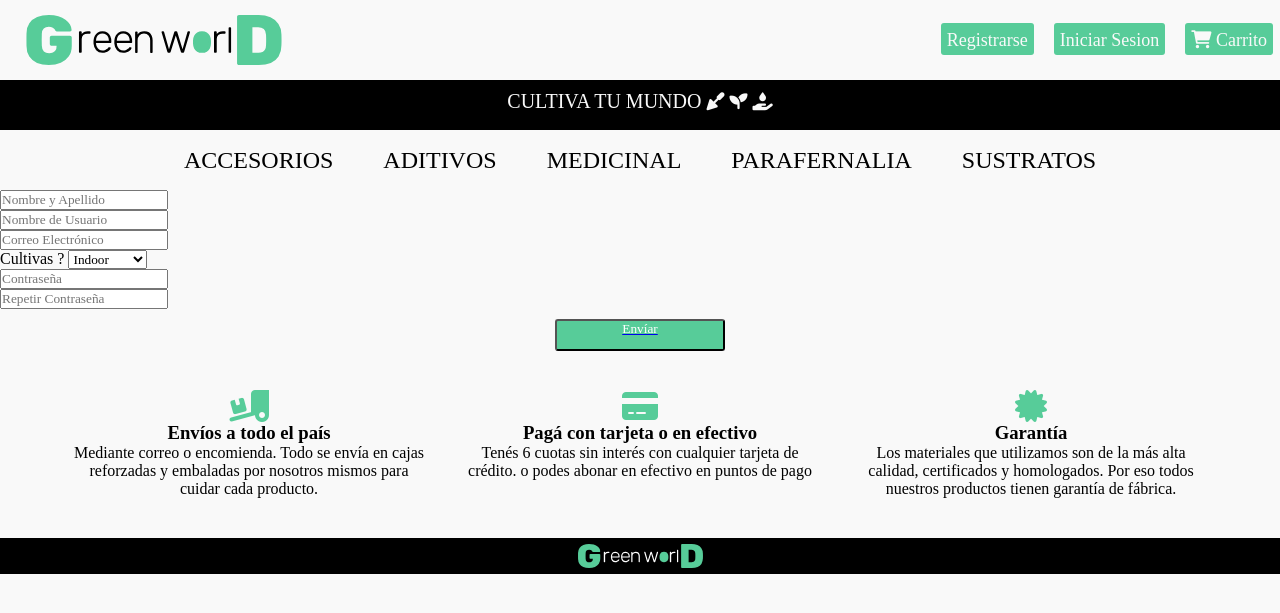
Repository: francoG98/grupo_9_Green_World
Page: source/views/register.html
These files come from the project's save history. The page is drawn as it stood at one moment and after the next save; the edit follows.
The browser window is 1280 px wide. The pictures show the whole page.
Some web fonts or font styles are not loaded; a fallback is used. Some web libraries are served in a nearby version.

Above is the page before, as saved 2022-06-24 19:58:16.

### source/views/register.html
<!DOCTYPE html>
<html lang="en">
<head>
    <meta charset="UTF-8">
    <meta http-equiv="X-UA-Compatible" content="IE=edge">
    <meta name="viewport" content="width=device-width, initial-scale=1.0">
    <title>Green World</title>

    <link rel="preconnect" href="https://fonts.googleapis.com">
<link rel="preconnect" href="https://fonts.gstatic.com" crossorigin>
<link href="https://fonts.googleapis.com/css2?family=Abel&family=Anek+Gujarati:wght@100;200;300;400;500;600;700;800&display=swap" rel="stylesheet">
<link rel="stylesheet" href="https://cdnjs.cloudflare.com/ajax/libs/font-awesome/6.1.1/css/all.min.css" integrity="sha512-KfkfwYDsLkIlwQp6LFnl8zNdLGxu9YAA1QvwINks4PhcElQSvqcyVLLD9aMhXd13uQjoXtEKNosOWaZqXgel0g==" crossorigin="anonymous" referrerpolicy="no-referrer" />
<link rel="stylesheet" href="/css/main-register.css">
<link rel="stylesheet" href="/css/header.css">
<link rel="stylesheet" href="/css/footer.css">

</head>
<body>
    <header>
        <div class="header-top-bar">
            <figure>
                <a href="/"><img src="/assets/logo-edu.svg" alt="Logo Green World" class="header-logo"></a>
            </figure>
            <div class="chart-burger">
                <a href="/chart" >
                    <i class="fa-solid fa-basket-shopping"></i>
                </a>
                <a href="" >
                    <i class="fas fa-bars"></i>
                </a>
            </div>
            <nav class="header-top-nav-bar">
                <ul>
                    <li><a href="/register">Registrarse</a> </li>
                    <li><a href="/login">Iniciar Sesion</a></li>
                    <li><a href="/chart"><i class="fa-solid fa-cart-shopping"></i>  Carrito</a></li>
                </ul>
            </nav>
        </div>
        <h2>CULTIVA TU MUNDO   <i id="pala" class="fa-solid fa-trowel"></i>    <i id="planta" class="fa-solid fa-seedling"></i>    <i id="agua" class="fa-solid fa-hand-holding-droplet"></i></h2>



        <nav class="header-bottom-nav-bar">
            <ul>
                <li ><a href="/accesorios">ACCESORIOS</a></li>
                <li ><a href="/aditivos">ADITIVOS</a></li>
                <li ><a href="/medicinal">MEDICINAL</a></li>
                <li ><a href="/parafernalia">PARAFERNALIA</a></li>
                <li ><a href="/sustratos">SUSTRATOS</a></li>
            </ul>
        </nav>
    </header>
    <main>
          <form method="post" action="">
            <p>
                <input type="text" name="nombre-apellido" placeholder="Nombre y Apellido" required>
            </p>
            <p>
                <input type="text" name="usuario" placeholder="Nombre de Usuario" required>
            </p>
            <p>
                <input type="mail" name="mail" placeholder="Correo Electrónico" required>
            </p>
            <p>
                <label for="cultivo"> Cultivas ?</label>
                    <select name="cultivo" id="cultivo" required>
                        <option value="Indoor">Indoor</option>
                        <option value="outdoor">Outdoor</option>
                        <option value="ambas">ambas</option>
                        <option value="ninguna">No cultivo</option>
                    </select>
            </p>
            <p>
                <input type="password" name="password" placeholder="Contraseña" required>
            </p>
            <p>
                <input type="password" name="repetir-password" placeholder="Repetir Contraseña" required>
            </p>
            <a href="./home.html"><button type="submit" name="registrar"> Envíar </button></a>
    </main>
    <footer>
        <div class="footer-top-bar">
            <section>
                <i class="fa-solid fa-truck-ramp-box"></i>
                <h3>Envíos a todo el país</h3>
                <p>Mediante correo o encomienda. Todo se envía en cajas reforzadas y embaladas por nosotros mismos para cuidar cada producto.</p>
            </section>
            <section>
                <i class="fa-solid fa-credit-card"></i>
                <h3>Pagá con tarjeta o en efectivo</h3>
                <p>Tenés 6 cuotas sin interés con cualquier tarjeta de crédito. o podes abonar en efectivo en
                    puntos de pago</p>
            </section>
            <section>
                <i class="fa-solid fa-certificate"></i>
                <h3>Garantía</h3>
                <p>Los materiales que utilizamos son de la más alta calidad, certificados y homologados. Por eso todos nuestros productos tienen garantía de fábrica.</p>
            </section>
        </div>
        <div class="footer-bottom-bar">
            <a href="/"><img src="/assets/logo-blanco-57cc99.svg" alt="Logo Green World" class="header-logo"></a>


        </div>
    </footer>

</body>
</html>

### public/css/main-register.css
*{
    margin: 0px;
    padding: 0px;
    box-sizing: border-box;
    font-family: "Anek Gujarati";
    }
a button{
    margin-top: 10px;
    text-decoration:none;
    display:flex;
    width: 170px;
    justify-content: center;
    text-align: center;
    background-color: #57CC99;
    color: white;
    border-radius: 3px;
    height: 32px;
    margin:  10px auto
}

### public/css/header.css
*{
    margin: 0px;
    padding: 0px;
    box-sizing: border-box;
    font-family: "Anek Gujarati";
    }
header{
    height:72px
}
.header-top-bar{
    display: flex;
    flex-wrap: wrap;
    /*
    background-color: #af95e2;*/
    background-color: #f9f9f9;
    align-items: center;
    justify-content: space-between;
    height: 40px;
    width:100vw;

}
.header-top-bar figure{
    width: 220px;
    height: 32px;;
    margin: 4px;

}
.header-logo{
    width: 100%;
    height:32px;


}
header h2{
    width: 100%;
    text-align: center;
    font-weight: normal;;
    background-color:black;
    color: #f9f9f9;;
    font-size: 18px;
    height:32px;;
    padding-top:6px


}

nav.header-top-nav-bar{
    width: 100%;
    order:3;
}

div.chart-burger{
    display: flex;
    justify-content: flex-end;
    align-items: center;
    gap: 5px;
    margin: 4px 10px;

}
div.chart-burger a{
    text-align:center;
    color:#f9f9f9;;
    /*
    background-color: #3e0b5e;*/
    background-color: #57CC99;
    box-sizing: border-box;
    height:32px;
    font-size: 18px;
    width: 32px;
    padding-top:4.4px;
    border-radius: 3px

}


nav.header-top-nav-bar ul{
    list-style: none;
    margin: 0 ;
    padding: 0;
    display: none;
    justify-content: space-between;
    flex-wrap: wrap;
}
nav.header-top-nav-bar ul li{
    width: 50%
}


.header-bottom-nav-bar ul{
    list-style: none;
    margin: 0 ;
    padding: 0;
    display: none

}

@media(min-width:768px){
    .header-top-nav-bar{
        display: none;
        order: 2;
        width: 100vw
    }

}
@media(min-width:1024px){
    body{background-color: #f9f9f9;

    }
    header{
        background-color: #f9f9f9;
        height: auto

    }
    .header-top-bar{
        display: flex;
        flex-wrap: wrap;
        background-color: #f9f9f9;
        align-items: center;
        justify-content: space-between;
        height: 80px;
        width:100vw;
        max-width: 1400px;
        margin:auto
    }
    .header-top-bar figure{
        width: 300px;
        height: 50px

    }
    .header-logo{
        height:100%;
    }

    nav.header-top-nav-bar{
        height:40px;
        align-items: center;
        display:flex;
        justify-content: flex-end;
        width:auto
    }

    div.chart-burger{
        display: none;
        order:5;
        width: 100%
    }
    nav.header-top-nav-bar ul{
        list-style: none;
        padding: 0;
        display: flex;
        justify-content: flex-end;
        align-items: center;
        flex-wrap: wrap;
        gap: 20px;
        text-decoration: none;
        margin:7px;
        order:3
    }
    nav.header-top-nav-bar ul li {
        width: auto;
    }
    nav.header-top-nav-bar ul li a{
        text-decoration: none;
        font-size: 18px;
        color:#f9f9f9;
        background-color:#57CC99;
        padding:7px 6px 5px 6px;
        border-radius:3px;
        transition: opacity 200ms
    }

    nav.header-top-nav-bar ul li a:hover{
        opacity: 0.7
    }
    header h2{
        width: 100%;
        height: 50px;
        padding-top: 10px;
        font-weight: normal;
        background-color:black;
        color: #f9f9f9;
        font-size: 20px;

    }
    #pala{
        transition: color 500ms, font-size 500ms
    }
    #pala:hover{
        color:#f65a5a;
        font-size: 40px
    }
    #planta{
        transition: color 500ms, font-size 500ms
    }
    #planta:hover{
        color:#80ed99;
        font-size: 40px
    }
    #agua{
        transition: color 500ms, font-size 500ms
    }
    #agua:hover{
        color:#90c0e0;
        font-size: 40px
    }


    .header-bottom-nav-bar ul{

        display: flex;
        justify-content: center;
        align-items: center;
        gap: 50px;
        height: 60px
    }
    .header-bottom-nav-bar ul a{
        text-decoration: none;
        font-size: 24px;
        color: black;

        transition: font-size 200ms
    }
    .header-bottom-nav-bar ul a:hover{
        font-size:30px;
        font-weight: 500;
        color: #57CC99
    }
}

### public/css/footer.css
footer{
    background-color:#f9f9f9

}
.footer-top-bar{
    display:flex;
    flex-wrap:wrap
}
.footer-top-bar section{
    width:100%;
    text-align: center;
    padding:10px
}

.footer-top-bar section i{
    color:#57CC99;
    font-size: 2em;
    line-height:10px;
    margin: auto;
    }
.footer-top-bar section h3{
font-weight:700
}
.footer-top-bar section p{
    font-family:"Abel"
}
.footer-bottom-bar{
    background-color:black;

}
.footer-bottom-bar a{
    display: flex;
    justify-content: center;
    align-content: center;
    padding:6px
}
.footer-bottom-bar a img{
    max-width:125px
}

@media(min-width:768px){
    .footer-top-bar{
        display:flex;
        justify-content: center;
        gap: 10px;
        padding: 30px 5px
    }
    .footer-top-bar section{
        width: 30%
    }


}

After the next save:
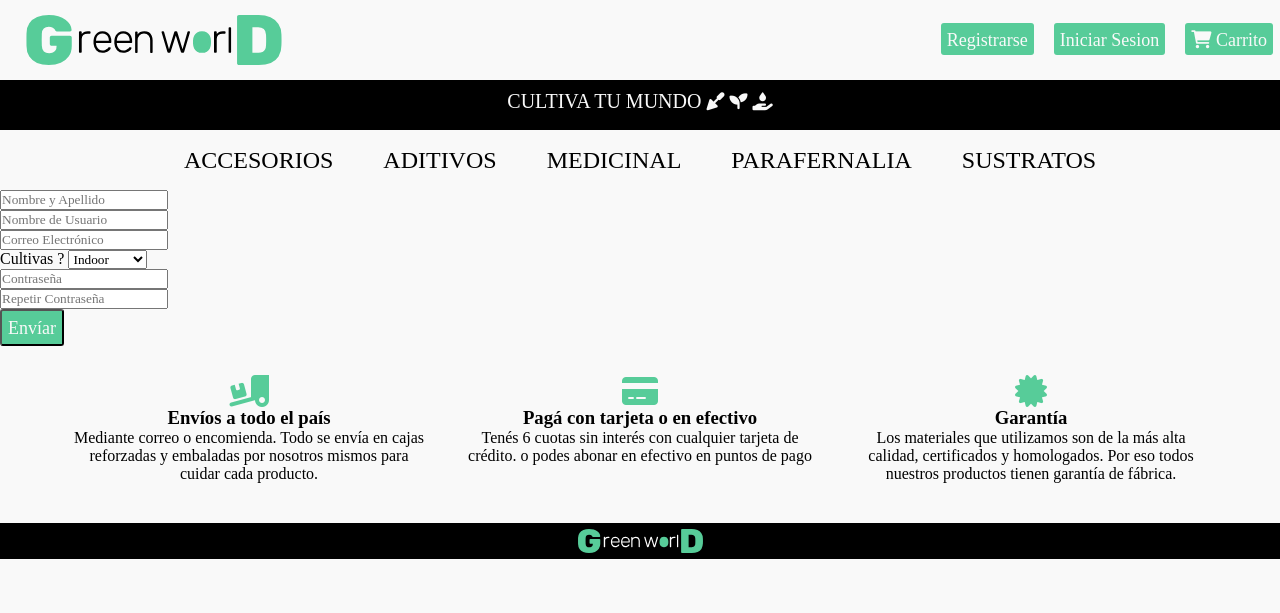
Saved 5 min 50 s later.
--- a/public/css/main-register.css
+++ b/public/css/main-register.css
@@ -5,15 +5,15 @@
     font-family: "Anek Gujarati";
     }
 a button{
-    margin-top: 10px;
-    text-decoration:none;
-    display:flex;
-    width: 170px;
-    justify-content: center;
-    text-align: center;
-    background-color: #57CC99;
-    color: white;
-    border-radius: 3px;
-    height: 32px;
-    margin:  10px auto
+    text-decoration: none;
+        font-size: 18px;
+        color:#f9f9f9;
+        background-color:#57CC99;
+        padding:7px 6px 5px 6px;
+        border-radius:3px;
+        transition: opacity 200ms
 }
+input{
+    margin: auto;
+    border: ;
+}
